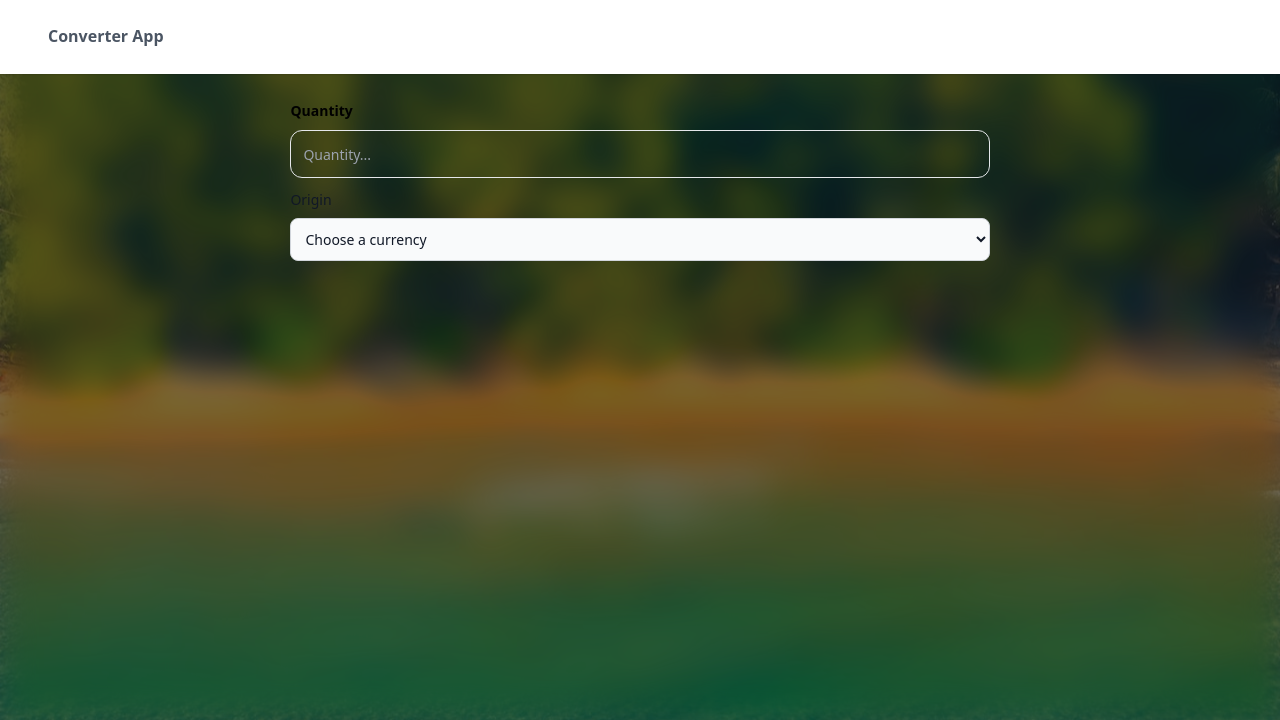
Repository: mikelCabezas/angular-exercices
Page: / (app in converter/)
The author's editor kept a copy of each file at every save. The page is drawn from the files as they stood at one save, then again after the next save.
The browser window is 1280 px wide. The pictures show the whole page.
The project was rebuilt for these pictures with package versions that can differ from the ones it lists, and the page was loaded fresh each time. Also part of the build but not shown: converter/angular.json.

Above is the page before, as saved 2023-09-15 18:15:31.

After the next save:
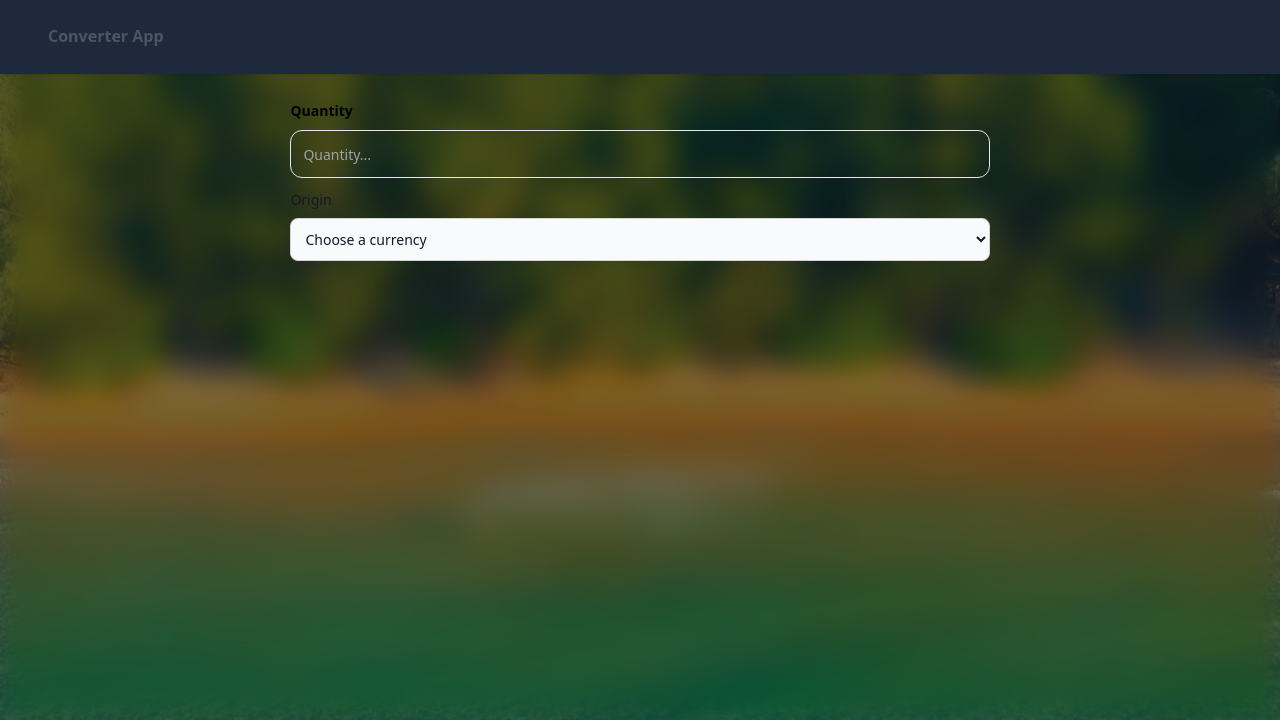
Saved 11 s later.
--- a/converter/src/app/components/navbar/navbar.component.html
+++ b/converter/src/app/components/navbar/navbar.component.html
@@ -1,4 +1,4 @@
-<nav class="bg-white shadow dark:bg-gray-800 bg-slate-800">
+<nav class="shadow bg-slate-800">
     <div class="container flex items-center  p-6 mx-auto text-gray-600 capitalize dark:text-gray-300">
         <a href="#" class="border-b-2 border-transparent hover:text-gray-800 dark:hover:text-gray-200 hover:border-blue-500 mx-1.5 sm:mx-6 font-bold">
             Converter App
